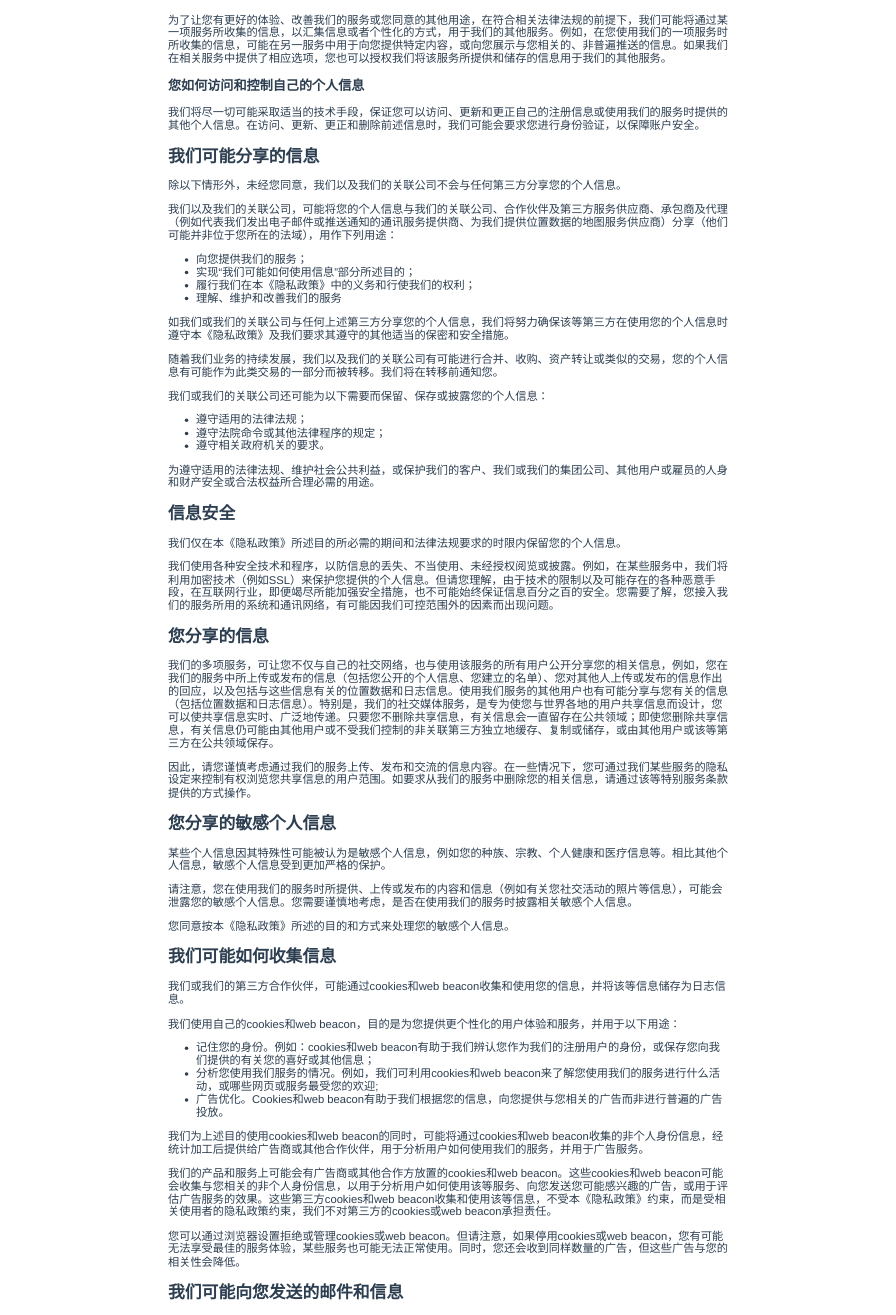
Repository: zl-mdc/privacy-policy
Page: /
The author's editor kept a copy of each file at every save. The page is drawn from the files as they stood at one save, then again after the next save.
The browser window is 1280 px wide. The pictures show the part of the page from y = 1227 to 3147 px (the page is 3106 px tall before and 3147 px after), at 70% of full size.
The project was rebuilt for these pictures with package versions that can differ from the ones it lists, and the page was loaded fresh each time.

Above is the page before, as saved 2020-09-17 16:13:37.

### src/main.js
import Vue from 'vue'
import App from './App.vue'
import 'normalize.css'

Vue.config.productionTip = false

new Vue({
  render: h => h(App),
}).$mount('#app')

### src/App.vue
<template>
  <div id="app">
    <Info />
  </div>
</template>

<script>
import Info from './components/Info';

export default {
  name: 'App',
  components: {
    Info
  }
}
</script>

<style>
#app {
  font-family: Avenir, Helvetica, Arial, sans-serif;
  -webkit-font-smoothing: antialiased;
  -moz-osx-font-smoothing: grayscale;
  text-align: center;
  color: #2c3e50;
  margin-top: 60px;
}
</style>

### src/components/Info.vue
<!--
 * @Author: Code_Master
 * @Date: 2020-09-17 15:00:51
 * @LastEditTime: 2020-09-17 16:13:37
 * @LastEditors: Code_Master
 * @FilePath: /privacy-policy/src/components/Info.vue
 * @Description: The first 90% of the code accounts for the first 90% of the development time. The remaining 10% of the code accounts for the other 90% of the development time.
-->
<template>
    <div id="info">
          <h1>红岩网校工作站隐私政策</h1>

          <h2>引言</h2>
          <p><span></span>其明重视用户的隐私，隐私权是您重要的权利。您在使用我们的服务时，我们可能会收集和使用您的相关信息。我们希望通过本《隐私政策》向您说明，在使用我们的服务时，我们如何收集、使用、储存和分享这些信息，以及我们为您提供的访问、更新、控制和保护这些信息的方式。本《隐私政策》与您所使用的其明服务息息相关，希望您仔细阅读，在需要时，按照本《隐私政策》的指引，作出您认为适当的选择。本《隐私政策》中涉及的相关技术词汇，我们尽量以简明扼要的表述，并提供进一步说明的链接，以便您的理解。 您使用或继续使用我们的服务，即意味着同意我们按照本《隐私政策》收集、使用、储存和分享您的相关信息。 如对本《隐私政策》或相关事宜有任何问题，请与我们联系。 </p>

          <h2>我们可能收集的信息</h2>
          <p>我们提供服务时，可能会收集、储存和使用下列与您有关的信息。如果您不提供相关信息，可能无法注册成为我们的用户或无法享受我们提供的某些服务，或者无法达到相关服务拟达到的效果。</p>
          <h3>您提供的信息</h3>
          <p>您在注册账户或使用我们的服务时，向我们提供的相关个人信息，例如电话号码、电子邮件或银行卡号等；</p>
          <p>您通过我们的服务向其他方提供的共享信息，以及您使用我们的服务时所储存的信息。</p>
          <h3>其他方分享的您的信息</h3>
          <p>其他方使用我们的服务时所提供有关您的共享信息。</p>
          <h3>我们获取的您的信息</h3>
          <p>您使用服务时我们可能收集如下信息：</p>
          <p>日志信息，指您使用我们的服务时，系统可能通过cookies、web beacon或其他方式自动采集的技术信息，包括：设备或软件信息，例如您的移动设备、网页浏览器或用于接入我们服务的其他程序所提供的配置信息、您的IP地址和移动设备所用的版本和设备识别码；</p>
          <p>在使用我们服务时搜索或浏览的信息，例如您使用的网页搜索词语、访问的社交媒体页url地址，以及您在使用我们服务时浏览或要求提供的其他信息和内容详情；有关您曾使用的移动应用（APP）和其他软件的信息，以及您曾经使用该等移动应用和软件的信息；</p>
          <p>您通过我们的服务进行通讯的信息，例如曾通讯的账号，以及通讯时间、数据和时长；</p>
          <p>位置信息，指您开启设备定位功能并使用我们基于位置提供的相关服务时，收集的有关您位置的信息，包括：</p>
          <ul>
              <li>您通过具有定位功能的移动设备使用我们的服务时，通过GPS或WiFi等方式收集的您的地理位置信息；</li>
              <li>您或其他用户提供的包含您所处地理位置的实时信息，例如您提供的账户信息中包含的您所在地区信息，您或其他人上传的显示您当前或曾经所处地理位置的共享信息，您或其他人共享的照片包含的地理标记信息；</li>
          </ul>
          <p>您可以通过关闭定位功能，停止对您的地理位置信息的收集。</p>

          <h2>我们可能如何使用信息</h2>
          <p>我们可能将在向您提供服务的过程之中所收集的信息用作下列用途：</p>
          <ul>
              <li>向您提供服务； </li>
              <li>在我们提供服务时，用于身份验证、客户服务、安全防范、诈骗监测、存档和备份用途，确保我们向您提供的产品和服务的安全性； </li>
              <li>帮助我们设计新服务，改善我们现有服务；使我们更加了解您如何接入和使用我们的服务，从而针对性地回应您的个性化需求，例如语言设定、 位置设定、个性化的帮助服务和指示，或对您和其他用户作出其他方面的回应；</li>
              <li>向您提供与您更加相关的广告以替代普遍投放的广告；评估我们服务中的广告和其他促销及推广活动的效果，并加以改善；软件认证或管理软件升级；让您参与有关我们产品和服务的调查。</li>
          </ul>
          <p>为了让您有更好的体验、改善我们的服务或您同意的其他用途，在符合相关法律法规的前提下，我们可能将通过某一项服务所收集的信息，以汇集信息或者个性化的方式，用于我们的其他服务。例如，在您使用我们的一项服务时所收集的信息，可能在另一服务中用于向您提供特定内容，或向您展示与您相关的、非普遍推送的信息。如果我们在相关服务中提供了相应选项，您也可以授权我们将该服务所提供和储存的信息用于我们的其他服务。</p>
          <h3>您如何访问和控制自己的个人信息</h3>
          <p>我们将尽一切可能采取适当的技术手段，保证您可以访问、更新和更正自己的注册信息或使用我们的服务时提供的其他个人信息。在访问、更新、更正和删除前述信息时，我们可能会要求您进行身份验证，以保障账户安全。</p>

          <h2>我们可能分享的信息</h2>
          <p>除以下情形外，未经您同意，我们以及我们的关联公司不会与任何第三方分享您的个人信息。</p>
          <p>我们以及我们的关联公司，可能将您的个人信息与我们的关联公司、合作伙伴及第三方服务供应商、承包商及代理（例如代表我们发出电子邮件或推送通知的通讯服务提供商、为我们提供位置数据的地图服务供应商）分享（他们可能并非位于您所在的法域），用作下列用途：</p>
          <ul>
              <li>向您提供我们的服务；</li>
              <li>实现“我们可能如何使用信息”部分所述目的；</li>
              <li>履行我们在本《隐私政策》中的义务和行使我们的权利； </li>
              <li>理解、维护和改善我们的服务</li>
          </ul>
          <p>如我们或我们的关联公司与任何上述第三方分享您的个人信息，我们将努力确保该等第三方在使用您的个人信息时遵守本《隐私政策》及我们要求其遵守的其他适当的保密和安全措施。</p>
          <p>随着我们业务的持续发展，我们以及我们的关联公司有可能进行合并、收购、资产转让或类似的交易，您的个人信息有可能作为此类交易的一部分而被转移。我们将在转移前通知您。</p>
          <p>我们或我们的关联公司还可能为以下需要而保留、保存或披露您的个人信息：</p>
          <ul>
              <li>遵守适用的法律法规；</li>
              <li>遵守法院命令或其他法律程序的规定； </li>
              <li>遵守相关政府机关的要求。 </li>
          </ul>
          <p>为遵守适用的法律法规、维护社会公共利益，或保护我们的客户、我们或我们的集团公司、其他用户或雇员的人身和财产安全或合法权益所合理必需的用途。</p>

          <h2>信息安全</h2>
          <p>我们仅在本《隐私政策》所述目的所必需的期间和法律法规要求的时限内保留您的个人信息。</p>
          <p>我们使用各种安全技术和程序，以防信息的丢失、不当使用、未经授权阅览或披露。例如，在某些服务中，我们将利用加密技术（例如SSL）来保护您提供的个人信息。但请您理解，由于技术的限制以及可能存在的各种恶意手段，在互联网行业，即便竭尽所能加强安全措施，也不可能始终保证信息百分之百的安全。您需要了解，您接入我们的服务所用的系统和通讯网络，有可能因我们可控范围外的因素而出现问题。</p>

          <h2>您分享的信息</h2>
          <p>我们的多项服务，可让您不仅与自己的社交网络，也与使用该服务的所有用户公开分享您的相关信息，例如，您在我们的服务中所上传或发布的信息（包括您公开的个人信息、您建立的名单）、您对其他人上传或发布的信息作出的回应，以及包括与这些信息有关的位置数据和日志信息。使用我们服务的其他用户也有可能分享与您有关的信息（包括位置数据和日志信息）。特别是，我们的社交媒体服务，是专为使您与世界各地的用户共享信息而设计，您可以使共享信息实时、广泛地传递。只要您不删除共享信息，有关信息会一直留存在公共领域；即使您删除共享信息，有关信息仍可能由其他用户或不受我们控制的非关联第三方独立地缓存、复制或储存，或由其他用户或该等第三方在公共领域保存。</p>
          <p>因此，请您谨慎考虑通过我们的服务上传、发布和交流的信息内容。在一些情况下，您可通过我们某些服务的隐私设定来控制有权浏览您共享信息的用户范围。如要求从我们的服务中删除您的相关信息，请通过该等特别服务条款提供的方式操作。</p>

          <h2>您分享的敏感个人信息  </h2>
          <p>某些个人信息因其特殊性可能被认为是敏感个人信息，例如您的种族、宗教、个人健康和医疗信息等。相比其他个人信息，敏感个人信息受到更加严格的保护。</p>
          <p>请注意，您在使用我们的服务时所提供、上传或发布的内容和信息（例如有关您社交活动的照片等信息），可能会泄露您的敏感个人信息。您需要谨慎地考虑，是否在使用我们的服务时披露相关敏感个人信息。</p>
          <p>您同意按本《隐私政策》所述的目的和方式来处理您的敏感个人信息。</p>

          <h2>我们可能如何收集信息</h2>
          <p>我们或我们的第三方合作伙伴，可能通过cookies和web beacon收集和使用您的信息，并将该等信息储存为日志信息。</p>
          <p>我们使用自己的cookies和web beacon，目的是为您提供更个性化的用户体验和服务，并用于以下用途：</p>
          <ul>
              <li>记住您的身份。例如：cookies和web beacon有助于我们辨认您作为我们的注册用户的身份，或保存您向我们提供的有关您的喜好或其他信息；</li>
              <li>分析您使用我们服务的情况。例如，我们可利用cookies和web beacon来了解您使用我们的服务进行什么活动，或哪些网页或服务最受您的欢迎;</li>
              <li>广告优化。Cookies和web beacon有助于我们根据您的信息，向您提供与您相关的广告而非进行普遍的广告投放。</li>
          </ul>
          <p>我们为上述目的使用cookies和web beacon的同时，可能将通过cookies和web beacon收集的非个人身份信息，经统计加工后提供给广告商或其他合作伙伴，用于分析用户如何使用我们的服务，并用于广告服务。</p>
          <p>我们的产品和服务上可能会有广告商或其他合作方放置的cookies和web beacon。这些cookies和web beacon可能会收集与您相关的非个人身份信息，以用于分析用户如何使用该等服务、向您发送您可能感兴趣的广告，或用于评估广告服务的效果。这些第三方cookies和web beacon收集和使用该等信息，不受本《隐私政策》约束，而是受相关使用者的隐私政策约束，我们不对第三方的cookies或web beacon承担责任。</p>
          <p>您可以通过浏览器设置拒绝或管理cookies或web beacon。但请注意，如果停用cookies或web beacon，您有可能无法享受最佳的服务体验，某些服务也可能无法正常使用。同时，您还会收到同样数量的广告，但这些广告与您的相关性会降低。</p>

          <h2>我们可能向您发送的邮件和信息 </h2>

    </div>
</template>

<script>
export default {
    name: "Info",
}
</script>

<style>
    #info {
        width: 800px;
        margin: 0 auto;
        text-align: left;
    }
    h1 {
        text-align: center;
    }
</style>

Loaded but not shown: public/index.html (common file)

After the next save:
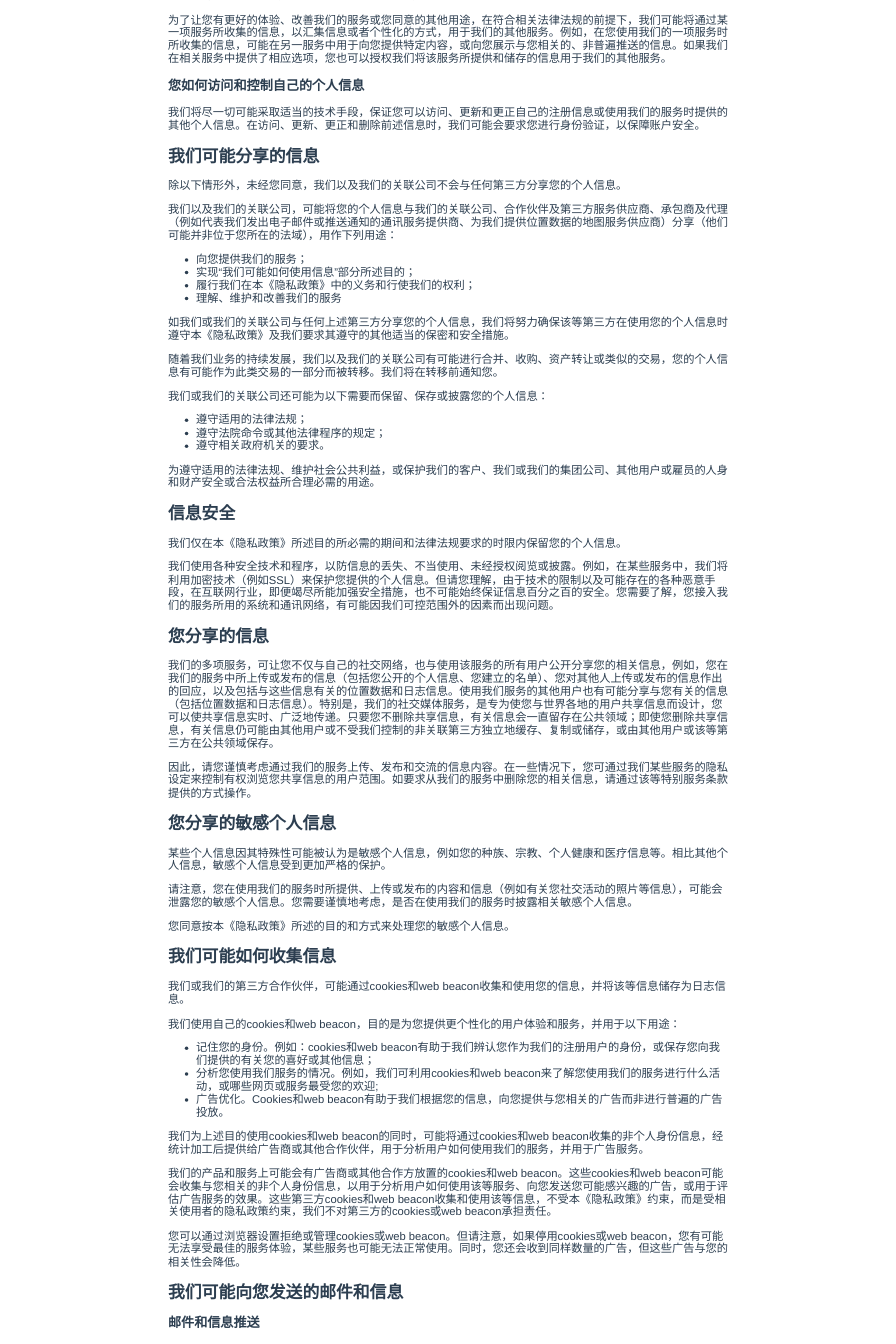
Saved 11 s later.
--- a/src/components/Info.vue
+++ b/src/components/Info.vue
@@ -1,7 +1,7 @@
 <!--
  * @Author: Code_Master
  * @Date: 2020-09-17 15:00:51
- * @LastEditTime: 2020-09-17 16:13:37
+ * @LastEditTime: 2020-09-17 16:13:48
  * @LastEditors: Code_Master
  * @FilePath: /privacy-policy/src/components/Info.vue
  * @Description: The first 90% of the code accounts for the first 90% of the development time. The remaining 10% of the code accounts for the other 90% of the development time.
@@ -89,7 +89,7 @@
           <p>您可以通过浏览器设置拒绝或管理cookies或web beacon。但请注意，如果停用cookies或web beacon，您有可能无法享受最佳的服务体验，某些服务也可能无法正常使用。同时，您还会收到同样数量的广告，但这些广告与您的相关性会降低。</p>
 
           <h2>我们可能向您发送的邮件和信息 </h2>
-
+          <h3>邮件和信息推送</h3>
     </div>
 </template>
 
